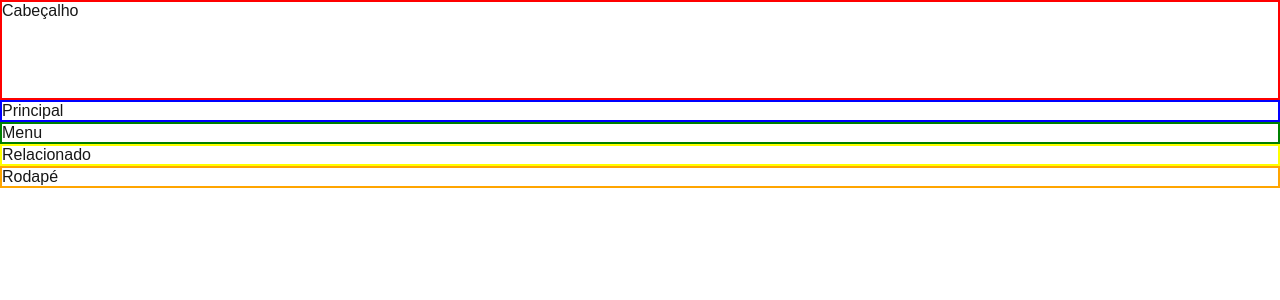
Repository: AleOi3/htmlTemplate
Page: /temp_one
An editor plug-in stored every save of this project. The page is shown before and after the next save, followed by the edit.
The browser window is 1280 px wide. The pictures show the whole page.
The project was rebuilt for these pictures with package versions that can differ from the ones it lists, and the page was loaded fresh each time. The framework's server and built-in components were replaced by stand-ins that run in the browser. Also part of the build but not shown: next.config.ts.

Above is the page before, as saved 2024-12-09 00:23:45.

### src/app/temp_one/page.tsx
const TemplateOnePage = () => {
    return <>
        <header style={{
            border: '2px solid red',
            height: 100
        }}>
            Cabeçalho
        </header>
        <main style={{
            border: '2px solid blue'
        }}>Principal</main>
        <nav style={{
            border: '2px solid green'
        }}>Menu</nav>
        <aside style={{
            border: '2px solid yellow'
        }}>Relacionado</aside>
        <footer style={{
            border: '2px solid orange'
        }}>Rodapé</footer>

    </>
}

export default TemplateOnePage;

Loaded but not shown: src/app/layout.tsx (common file); src/app/globals.css (common file)

After the next save:
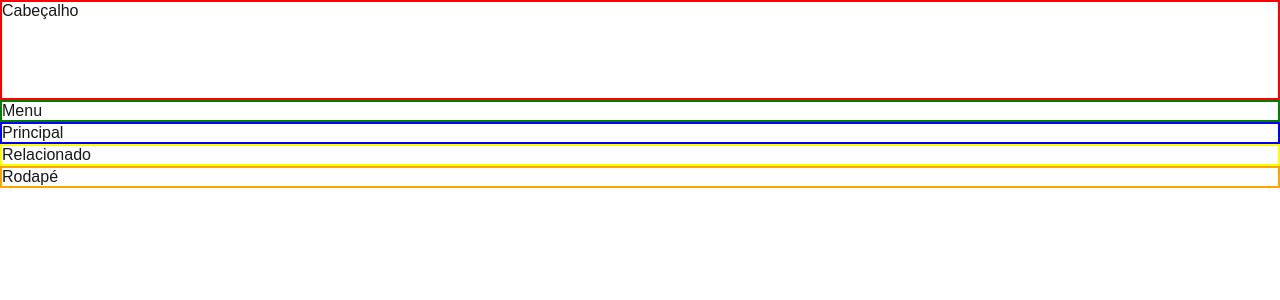
Saved 15 s later.
--- a/src/app/temp_one/page.tsx
+++ b/src/app/temp_one/page.tsx
@@ -6,12 +6,12 @@ const TemplateOnePage = () => {
         }}>
             Cabeçalho
         </header>
+        <nav style={{
+            border: '2px solid green'
+        }}>Menu</nav>
         <main style={{
             border: '2px solid blue'
         }}>Principal</main>
-        <nav style={{
-            border: '2px solid green'
-        }}>Menu</nav>
         <aside style={{
             border: '2px solid yellow'
         }}>Relacionado</aside>
